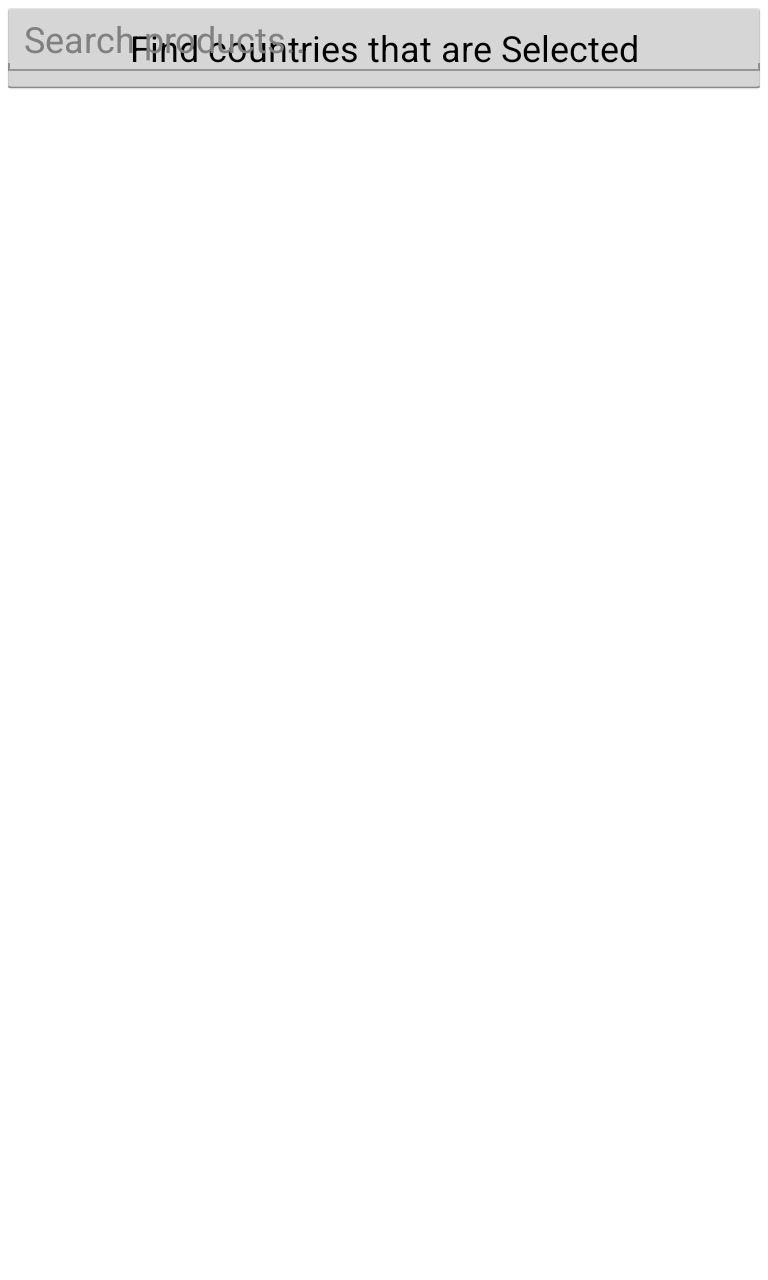
Repository: ernopp/ShopMap
Layout: Shop_Map/res/layout/activity_main.xml
An editor plug-in stored every save of this project. The layout is shown before and after the next save, followed by the edit.
It is drawn on a 768 x 1280 px phone screen (xhdpi) without system bars, with theme AppTheme; the app's code is not run.

Above is the layout before, as saved 2013-02-20 01:27:45.

After the next save:
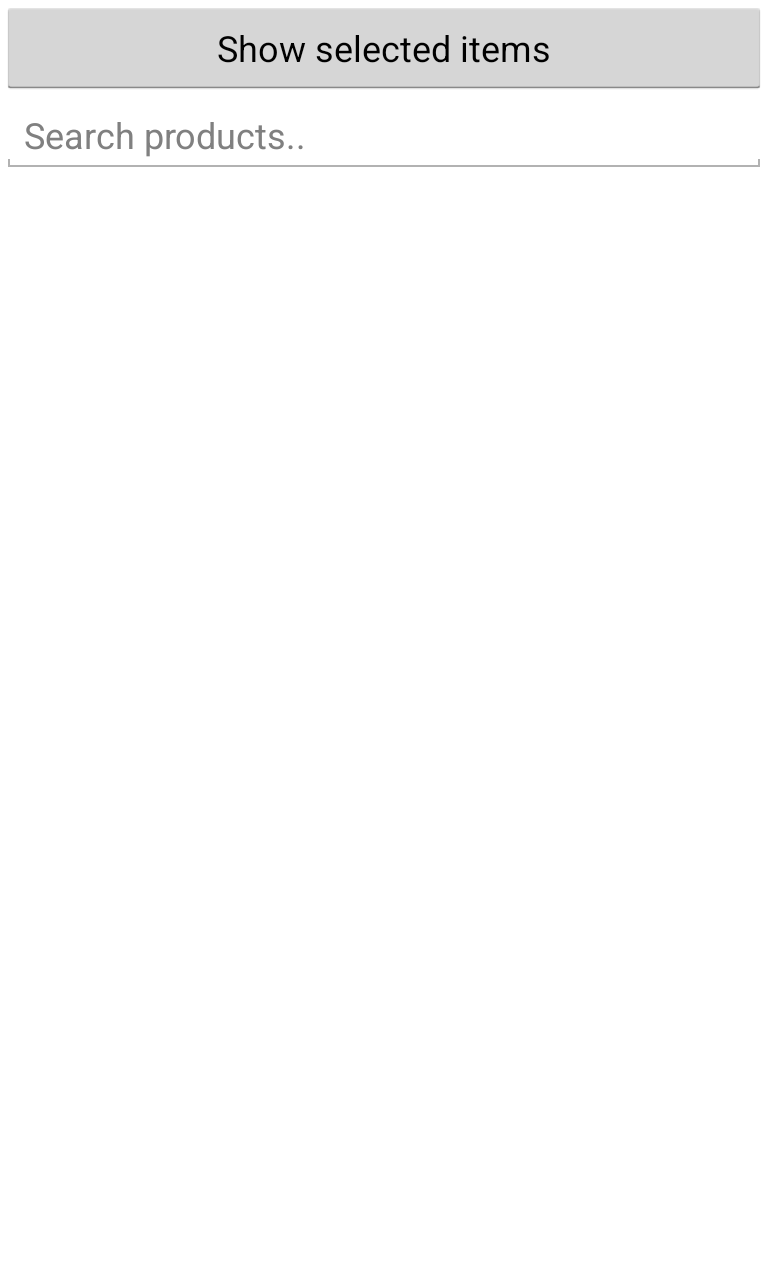
Saved 73 s later.
--- a/Shop_Map/res/layout/activity_main.xml
+++ b/Shop_Map/res/layout/activity_main.xml
@@ -4,19 +4,22 @@
     android:layout_height="match_parent"
     tools:context=".MainActivity">
 
+    <EditText
+        android:id="@+id/inputSearch"
+        android:layout_width="fill_parent"
+        android:layout_height="wrap_content"
+        android:layout_alignParentLeft="true"
+        android:layout_below="@+id/button1"
+        android:ems="10"
+        android:hint="Search products.."
+        android:inputType="textVisiblePassword" />
+
     <Button
         android:id="@+id/button1"
         android:layout_width="match_parent"
         android:layout_height="wrap_content"
-        android:text="Find countries that are Selected" />
-
-    <EditText
-        android:id="@+id/inputSearch"
-        android:layout_width="fill_parent"
-        android:layout_height="wrap_content"
-        android:ems="10"
-        android:hint="Search products.."
-        android:inputType="textVisiblePassword" />
-
+        android:layout_alignParentLeft="true"
+        android:layout_alignParentTop="true"
+        android:text="Show selected items" />
 
 </RelativeLayout>
